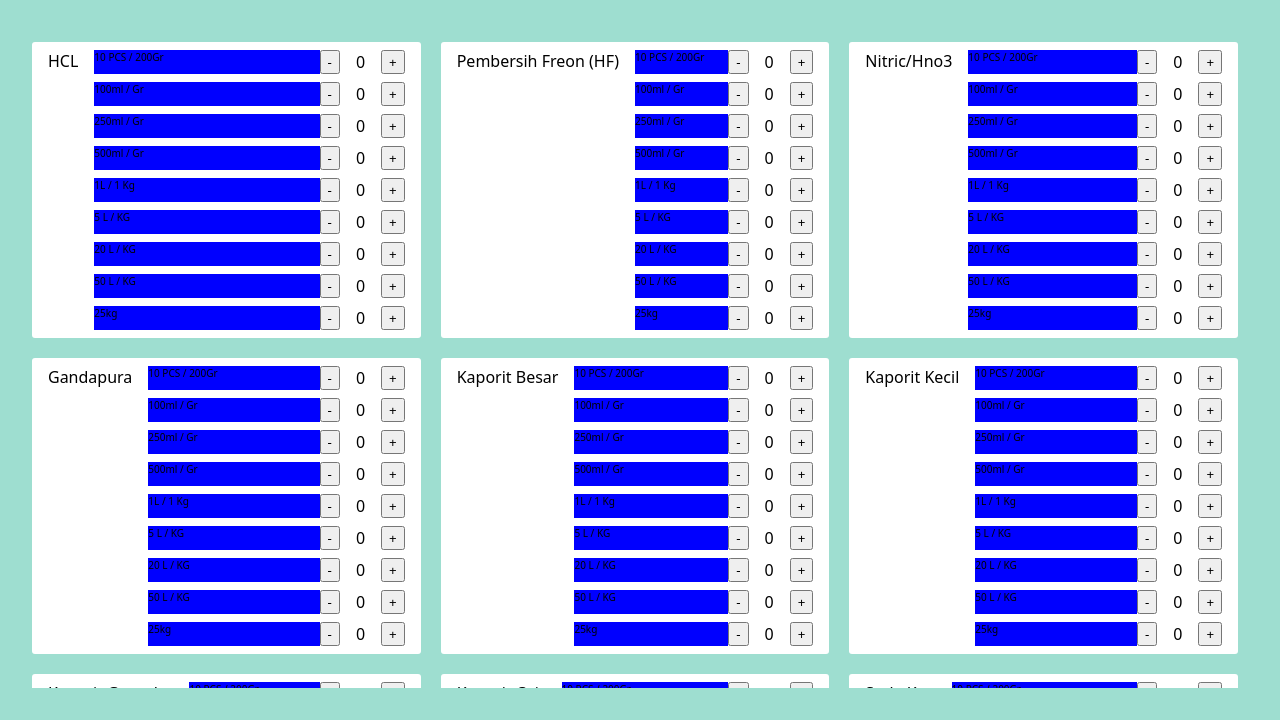
Repository: zuraniumlab-design/upstock-amsk
Page: /
These files come from the project's save history. The page is drawn as it stood at one moment and after the next save; the edit follows.
The browser window is 1280 px wide. The pictures show the whole page.
An inner scrolling area shows only its first screen. The project was rebuilt for these pictures with package versions that can differ from the ones it lists, and the page was loaded fresh each time. Also part of the build but not shown: vite.config.js.

Above is the page before, as saved 2026-06-18 16:52:03.

After the next save:
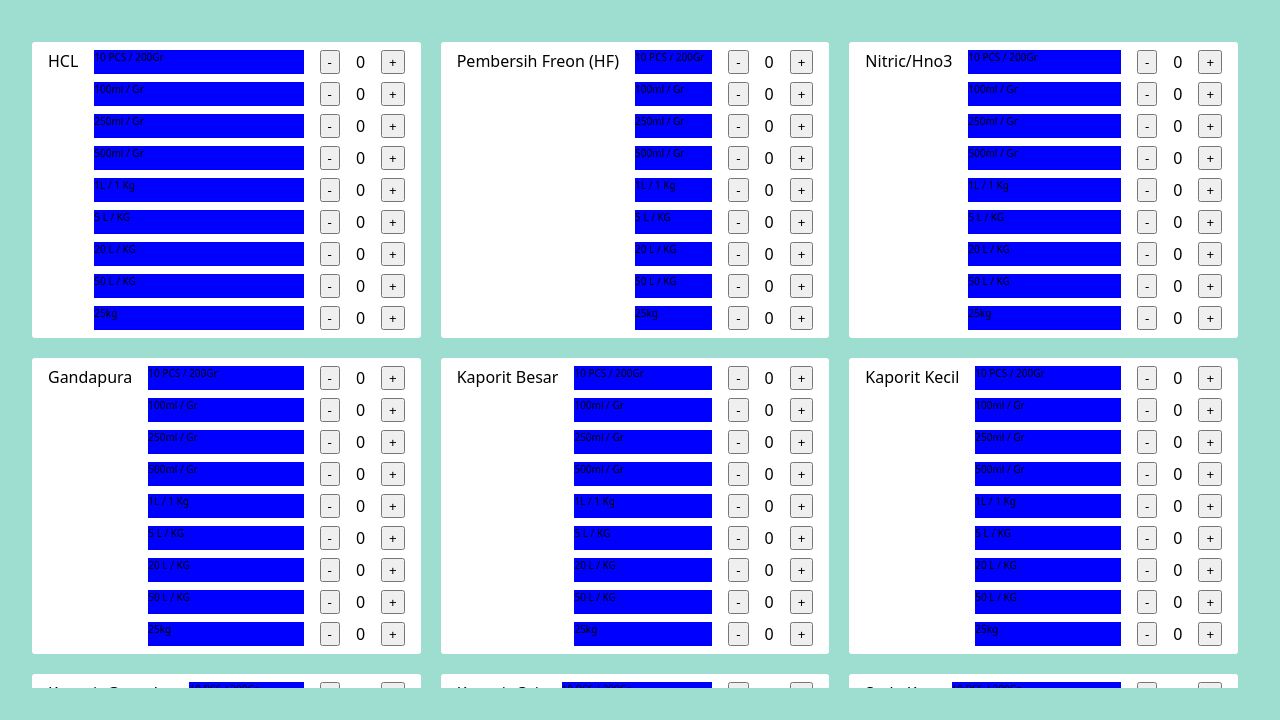
Saved 5 s later.
--- a/src/App.module.css
+++ b/src/App.module.css
@@ -51,11 +51,10 @@
 }
 
 .weight {
-
+  gap: 1rem;
 }
 
 .display {
-  gap: 1rem;
   flex: 1;
   background-color: blue;
   font-size: 10px;
